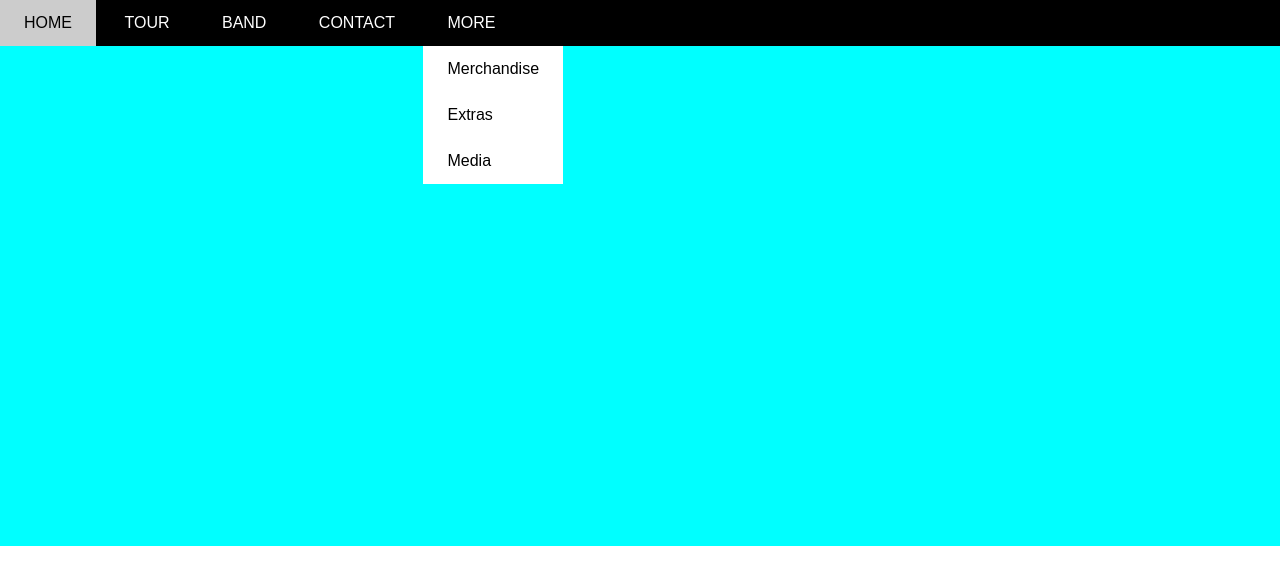
Repository: maivannhan1998/git-w3band
Page: index.html
These files come from the project's save history. The page is drawn as it stood at one moment and after the next save; the edit follows.
The browser window is 1280 px wide. The pictures show the whole page.

Above is the page before, as saved 2021-09-04 19:01:33.

After the next save:
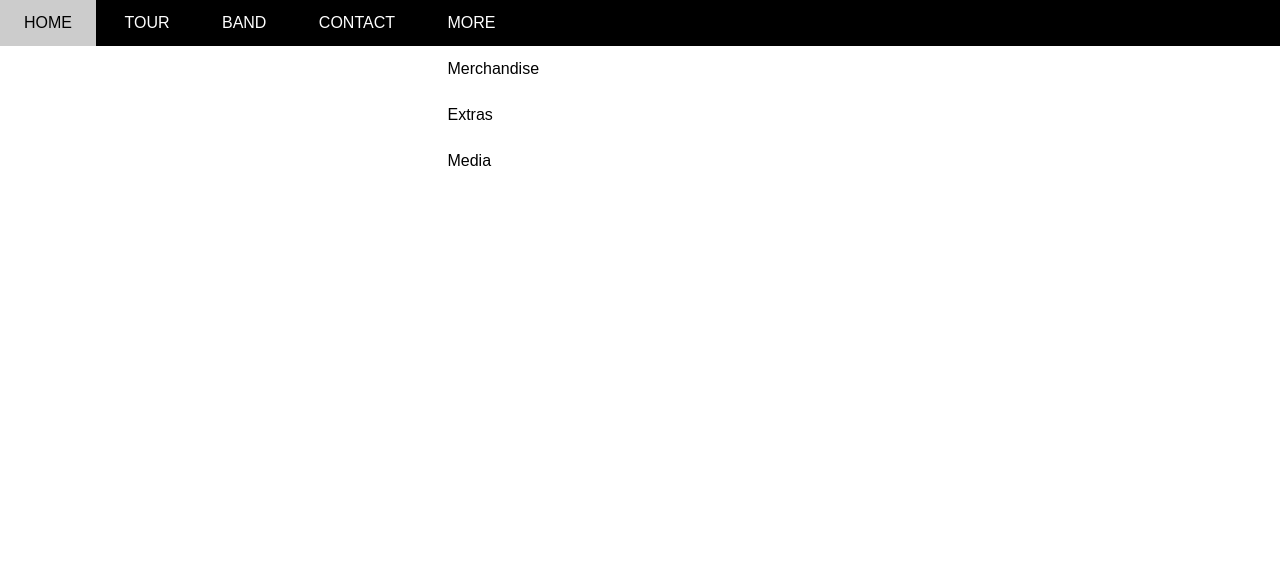
Saved 13 s later.
--- a/asset/css/style.css
+++ b/asset/css/style.css
@@ -64,8 +64,7 @@
 }
 
 #slider{
-    min-height: 500px;
-    background-color: aqua;
+
 }
 
 #content{
